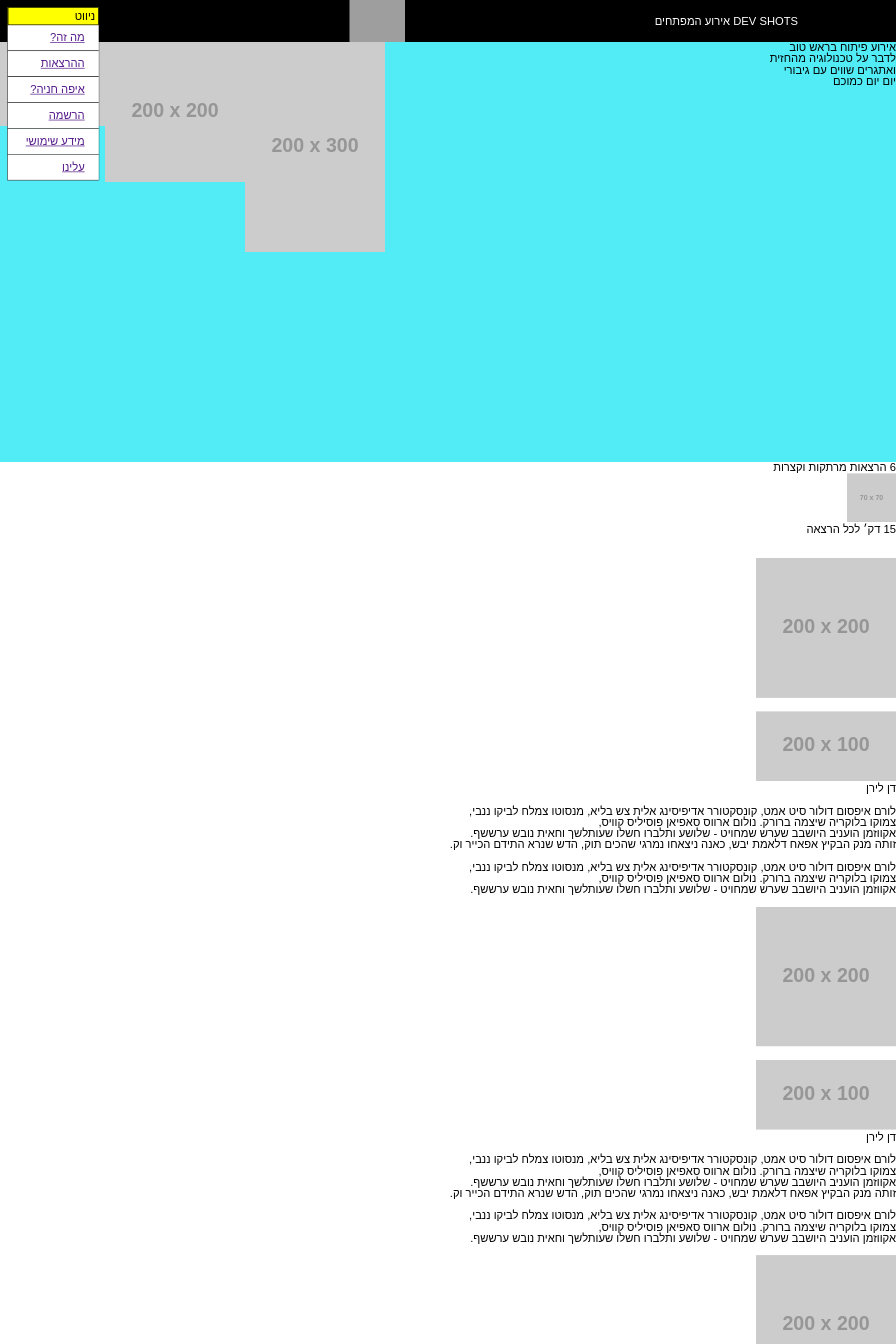
Repository: Julian-Escobar/DevShots
Page: index.html
An editor plug-in stored every save of this project. The page is shown before and after the next save, followed by the edit.
The browser window is 1280 px wide. The pictures show the part of the page from y = 0 to 1920 px (the page is 6123 px tall), at 70% of full size.
Pictures or frames that could not be fetched are drawn as grey boxes.

Above is the page before, as saved 2018-08-28 20:13:23.

After the next save:
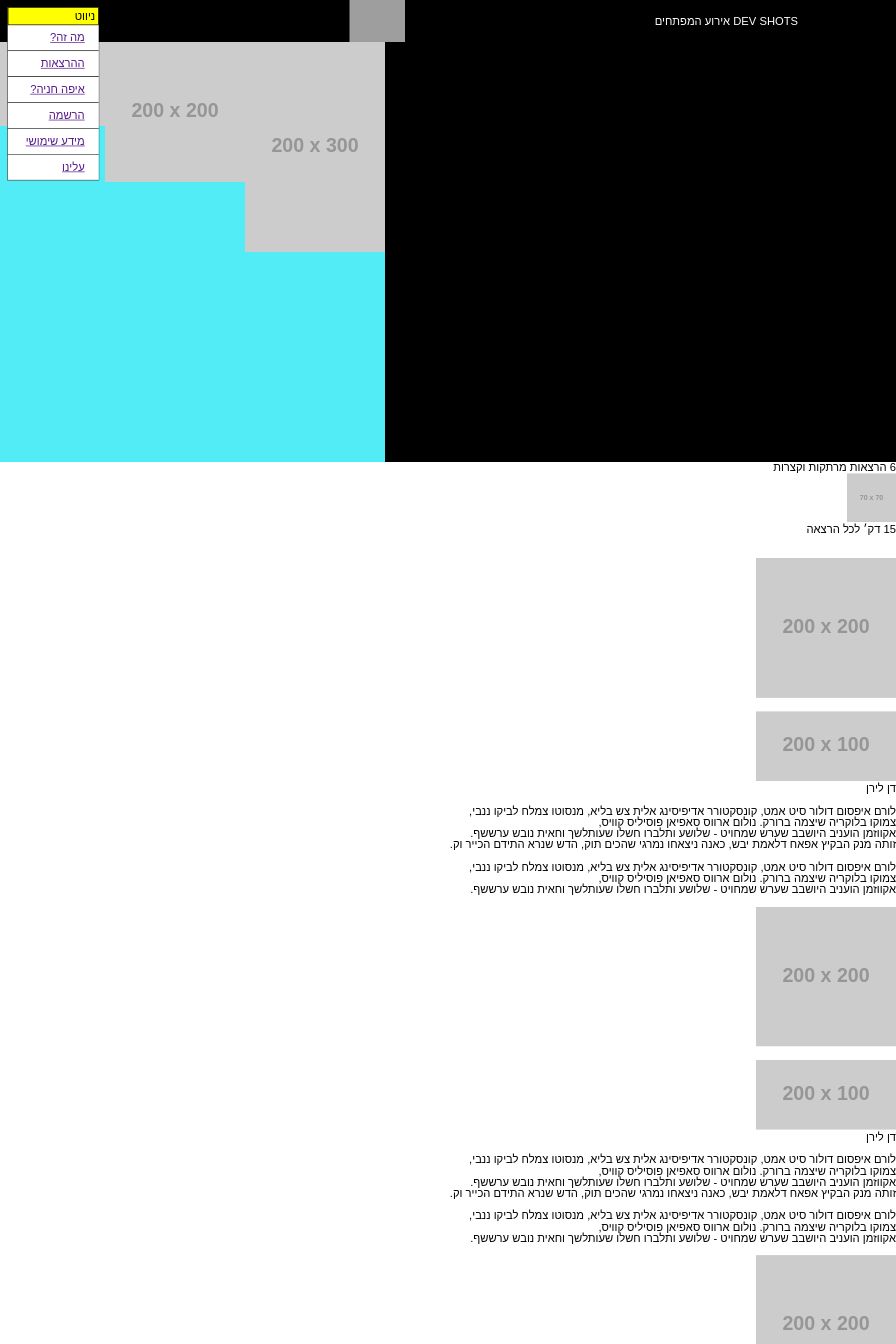
Saved 18 s later.
--- a/style.css
+++ b/style.css
@@ -146,7 +146,8 @@ header {
 }
 
 .container2 {
-    width: 900px;
+    background-color: black;
+    width: 1000px;
     display: flex;
     justify-content: space-between;
     align-content: center;
